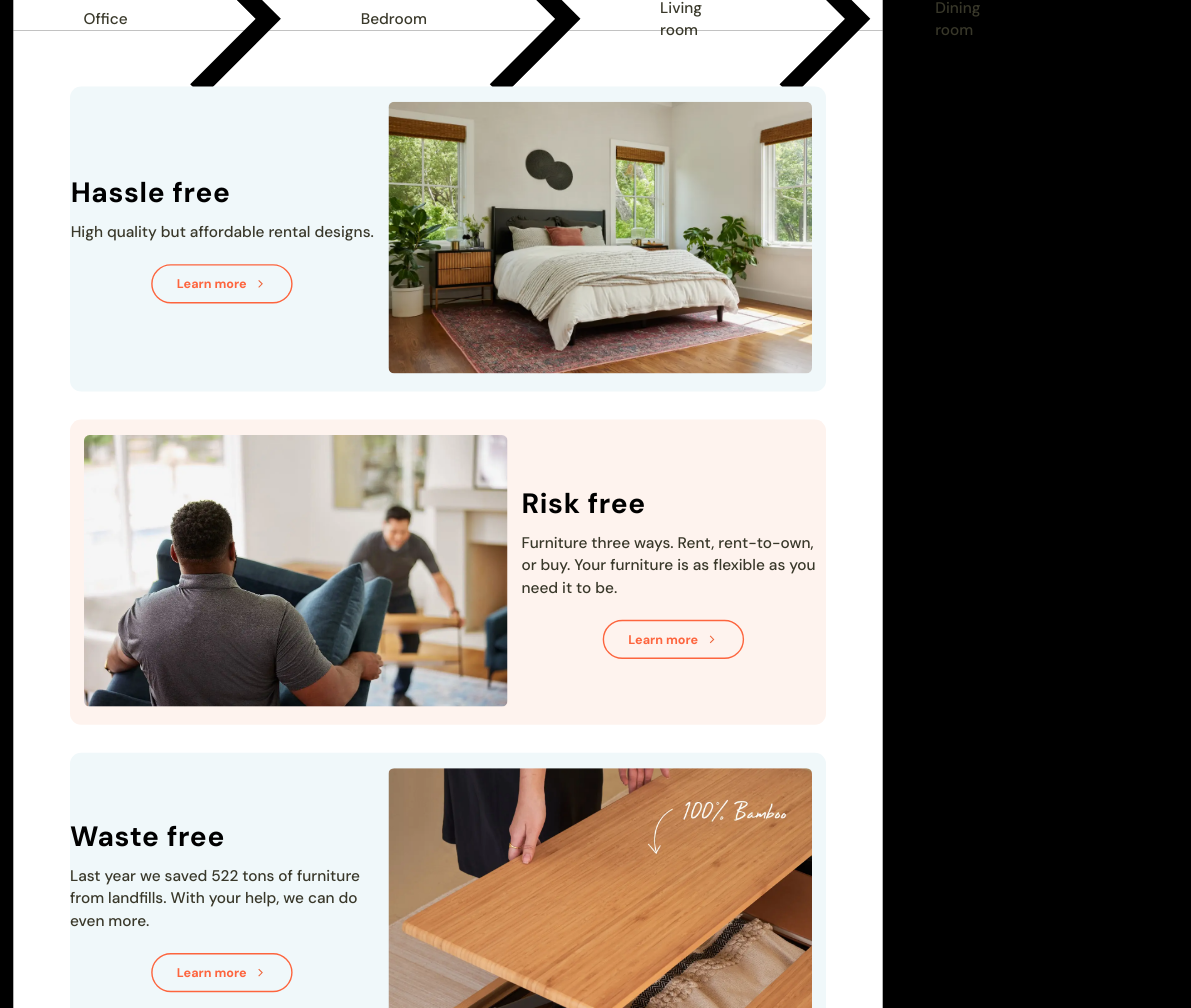
Repository: noman-source/Furniture-website
Page: index.html
An editor plug-in stored every save of this project. The page is shown before and after the next save, followed by the edit.
The browser window is 1280 px wide. The page is 1702 px wide, so the pictures cover 1702 px, including what lies to the right of the window. The pictures show the part of the page from y = 1758 to 3198 px (the page is 4311 px tall), at 70% of full size.

Above is the page before, as saved 2025-07-04 13:11:35.

After the next save:
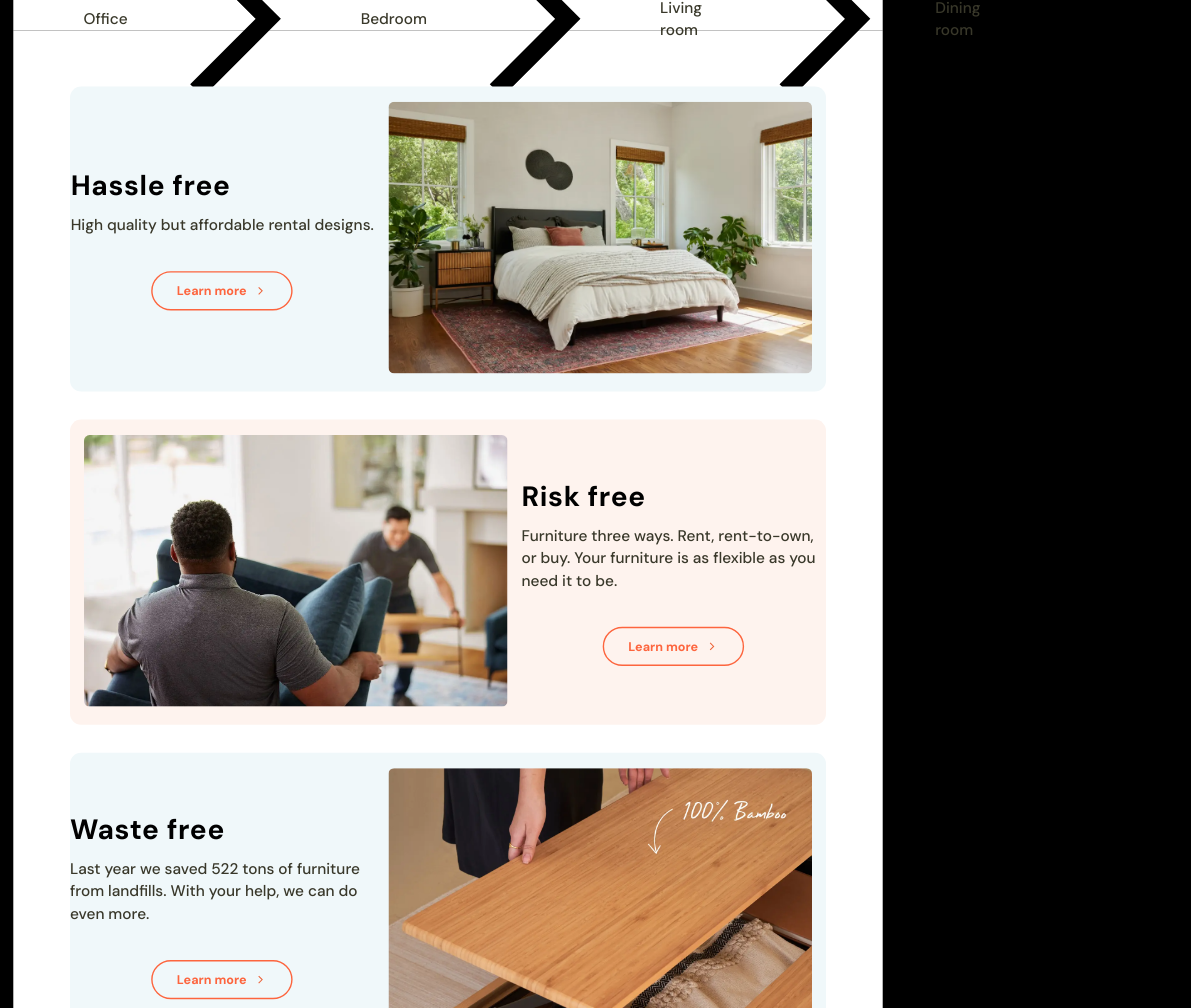
Saved 17 s later.
--- a/style.css
+++ b/style.css
@@ -340,7 +340,7 @@
     flex-direction: column;
     justify-content: center;
     align-items: center;
-    gap: 30px;
+    gap: 50px;
 }
 
 .section5 .left .text {
